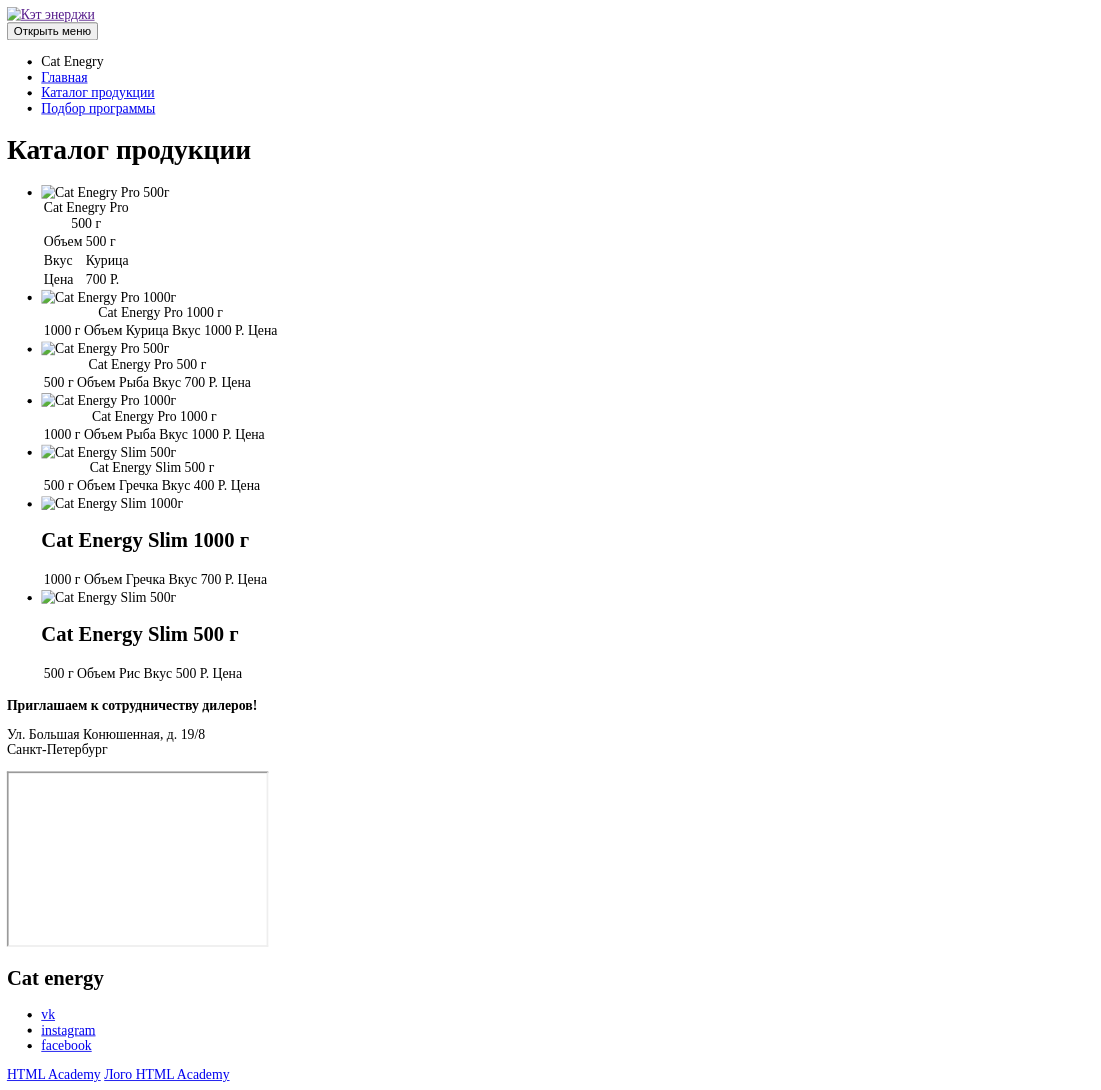
Repository: infernotw/1054987-cat-energy-17
Page: source/catalog.html
The author's editor kept a copy of each file at every save. The page is drawn from the files as they stood at one save, then again after the next save.
The browser window is 1280 px wide. The pictures show the whole page, at 86% of full size.

Above is the page before, as saved 2019-07-17 05:30:42.

### source/catalog.html
<!DOCTYPE html>
<html lang="ru">

<head>
  <meta charset="utf-8">
  <title>HTML Academy: Кэт энерджи</title>
</head>

<body>

  <header class="page-header">
    <a href="" class="page-header__logo">
      <img src="#" alt="Кэт энерджи" width="" height="" class="page-header__logo-image">
    </a>
    <nav class="main-nav">
      <button class="main-nav__toggle" type="button">Открыть меню</button>
      <div class="main-nav__wrapper">
        <ul class="main-nav__list site-list">
          <li class="site-list__item">
            <a class="site-list__item site-list__item--active">Cat Enegry</a>
          </li>
          <li class="site-list__item">
            <a href="index.html">Главная</a>
          </li>
          <li class="site-list__item">
            <a href="#">Каталог продукции</a>
          </li>
          <li class="site-list__item">
            <a href="form.html">Подбор программы</a>
          </li>
        </ul>
      </div>
    </nav>
  </header>

  <main class="page-main">
    <h1 class="page-main__title">Каталог продукции</h1>
    <section class="catalog">
      <div class="catalog__wrapper">
        <ul class="catalog__list">
          <li class="catalog__item">
            <img src="#" alt="Cat Enegry Pro 500г" class="catalog__img">
            <table class="catalog__about">
              <caption class="catalog__subtitle">Cat Enegry Pro 500 г</caption>
              <tr>
                <td class="catalog__field">Объем</td>
                <td class="catalog__value">500 г</td>
              </tr>
              <tr>
                <td class=" catalog__field">Вкус</td>
                <td class="catalog__value">Курица</td>
              </tr>
              <tr>
                <td class=" catalog__field">Цена</td>
                <td class="catalog__value">700 Р.</td>
              </tr>
            </table>
          </li>
          <li class="catalog__item">
            <img src="#" alt="Cat Energy Pro 1000г" class="catalog__img">
            <table class="catalog__about">
              <caption class="catalog__subtitle">Cat Energy Pro 1000 г</caption>
              <tr>
                <td class="catalog__value">1000 г</td>
                <td class="catalog__field">Объем</td>
                <td class="catalog__value">Курица</td>
                <td class=" catalog__field">Вкус</td>
                <td class="catalog__value">1000 Р.</td>
                <td class=" catalog__field">Цена</td>
              </tr>
            </table>
          </li>
          <li class="catalog__item">
            <img src="#" alt="Cat Energy Pro 500г" class="catalog__img">
            <table class="catalog__about">
              <caption class="catalog__subtitle">Cat Energy Pro 500 г</caption>
              <tr>
                <td class="catalog__value">500 г</td>
                <td class="catalog__field">Объем</td>
                <td class="catalog__value">Рыба</td>
                <td class=" catalog__field">Вкус</td>
                <td class="catalog__value">700 Р.</td>
                <td class=" catalog__field">Цена</td>
              </tr>
            </table>
          </li>
          <li class="catalog__item">
            <img src="#" alt="Cat Energy Pro 1000г" class="catalog__img">
            <table class="catalog__about">
              <caption class="catalog__subtitle">Cat Energy Pro 1000 г</caption>
              <tr>
                <td class="catalog__value">1000 г</td>
                <td class="catalog__field">Объем</td>
                <td class="catalog__value">Рыба</td>
                <td class=" catalog__field">Вкус</td>
                <td class="catalog__value">1000 Р.</td>
                <td class=" catalog__field">Цена</td>
              </tr>
            </table>
          </li>
          <li class="catalog__item">
            <img src="#" alt="Cat Energy Slim 500г" class="catalog__img">
            <table class="catalog__about">
              <caption class="catalog__subtitle">Cat Energy Slim 500 г</caption>
              <tr>
                <td class="catalog__value">500 г</td>
                <td class="catalog__field">Объем</td>
                <td class="catalog__value">Гречка</td>
                <td class=" catalog__field">Вкус</td>
                <td class="catalog__value">400 Р.</td>
                <td class=" catalog__field">Цена</td>
              </tr>
            </table>
          </li>
          <li class="catalog__item">
            <img src="#" alt="Cat Energy Slim 1000г" class="catalog__img">
            <h2 class="catalog__name">Cat Energy Slim 1000 г</h2>
            <table class="catalog__about">
              <caption class="catalog__subtitle"></caption>
              <tr>
                <td class="catalog__value">1000 г</td>
                <td class="catalog__field">Объем</td>
                <td class="catalog__value">Гречка</td>
                <td class="catalog__field">Вкус</td>
                <td class="catalog__value">700 Р.</td>
                <td class="catalog__field">Цена</td>
              </tr>
            </table>
          </li>
          <li class="catalog__item">
            <img src="#" alt="Cat Energy Slim 500г" class="catalog__img">
            <h2 class="catalog__name">Cat Energy Slim 500 г</h2>
            <table class="catalog__about">
              <caption class="catalog__subtitle"></caption>
              <tr>
                <td class="catalog__value">500 г</td>
                <td class="catalog__field">Объем</td>
                <td class="catalog__value">Рис</td>
                <td class="catalog__field">Вкус</td>
                <td class="catalog__value">500 Р.</td>
                <td class="catalog__field">Цена</td>
              </tr>
            </table>
          </li>
        </ul>

      </div>
    </section>


  </main>

  <footer class="page-footer">
    <div class="page-footer__wrapper">
      <div class="page-footer__contacts contacts">
        <b class="contacts__title">Приглашаем к сотрудничеству дилеров!</b>
        <p class="contacts__text">Ул. Большая Конюшенная, д. 19/8<br>Санкт-Петербург</p>
        <div class="contacts__map">
          <iframe src="https://yandex.ru/map-widget/v1/-/CCwfVC62" width="300" height="200"></iframe>
        </div>
      </div>
      <div class="page-footer__social social">
        <h2 class="social__title">Cat energy</h2>
        <ul class="social__list">
          <li class="social__item">
            <a href="#" class="social__link social__link--vk">vk</a>
          </li>
          <li class="social__item">
            <a href="#" class="social__link social__link--instagram">instagram</a>
          </li>
          <li class="social__item">
            <a href="#" class="social__link social__link--facebook">facebook</a>
          </li>
        </ul>
      </div>
      <div class="page-footer__copyright copyright">
        <a href="#" class="copyright__link">HTML Academy</a>
        <a href="#" class="copyright__link">Лого HTML Academy</a>
      </div>
    </div>
  </footer>

</body>

</html>

After the next save:
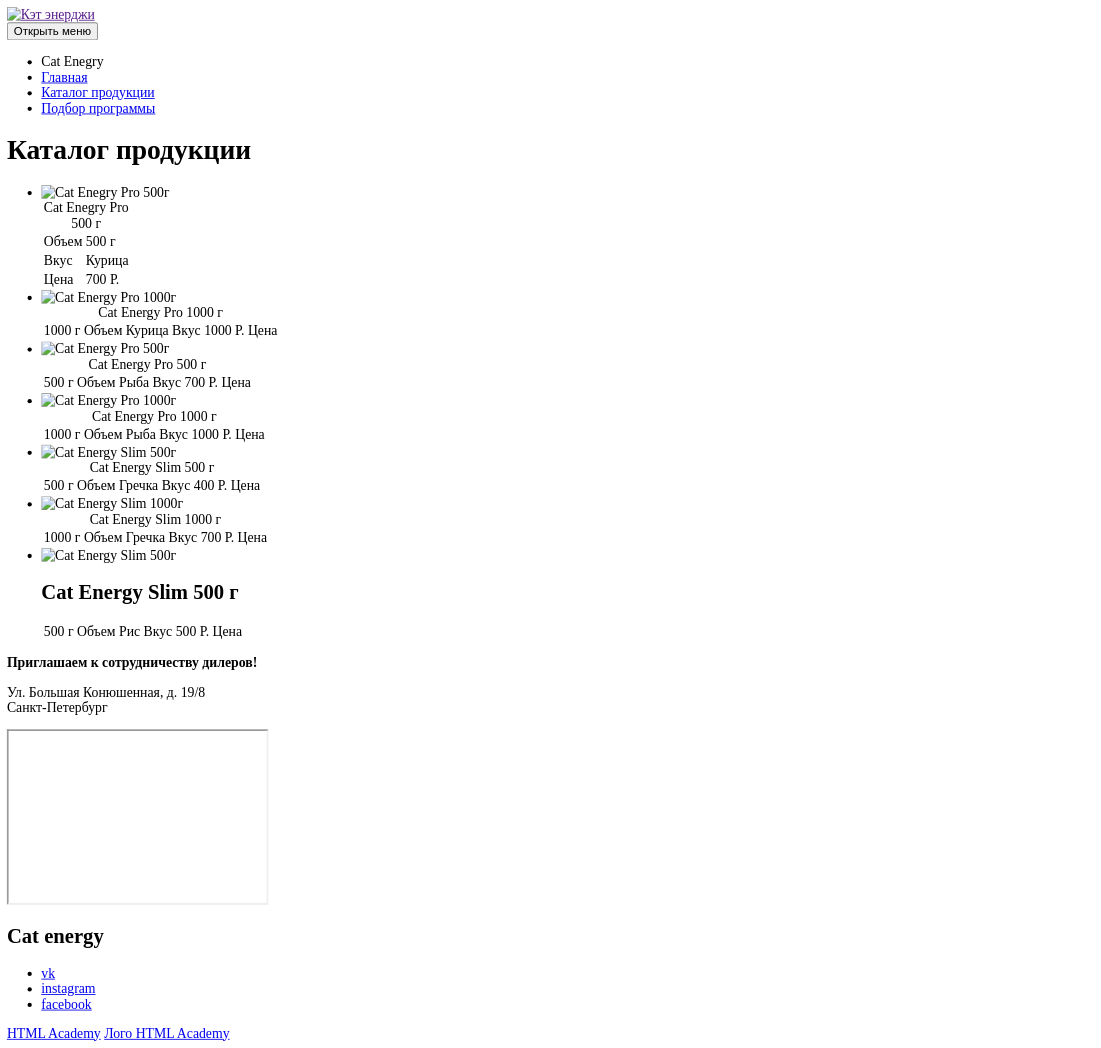
Saved 6 s later.
--- a/source/catalog.html
+++ b/source/catalog.html
@@ -114,9 +114,8 @@
           </li>
           <li class="catalog__item">
             <img src="#" alt="Cat Energy Slim 1000г" class="catalog__img">
-            <h2 class="catalog__name">Cat Energy Slim 1000 г</h2>
             <table class="catalog__about">
-              <caption class="catalog__subtitle"></caption>
+              <caption class="catalog__subtitle">Cat Energy Slim 1000 г</caption>
               <tr>
                 <td class="catalog__value">1000 г</td>
                 <td class="catalog__field">Объем</td>
